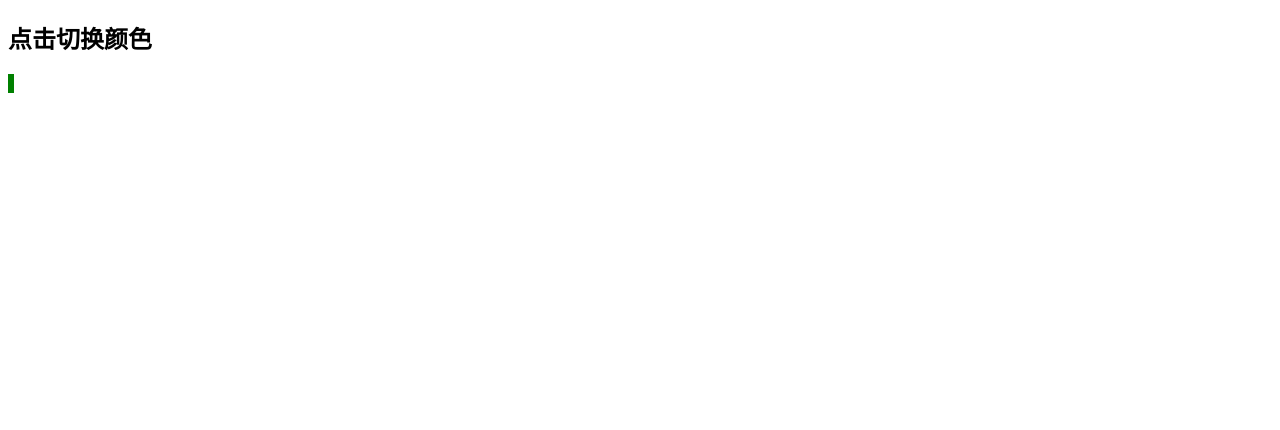
Repository: lucky-LoL735/jfsc
Page: ES6/let案例.html
An editor plug-in stored every save of this project. The page is shown before and after the next save, followed by the edit.
The browser window is 1280 px wide. The pictures show the whole page.

Above is the page before, as saved 2022-12-05 21:31:46.

### ES6/let案例.html
<!DOCTYPE html>
<html lang="en">
<head>
  <meta charset="UTF-8">
  <meta http-equiv="X-UA-Compatible" content="IE=edge">
  <meta name="viewport" content="width=device-width, initial-scale=1.0">
  <title>Document</title>
</head>

<body>
  <div class="container">
    <h2 class="page-header">点击切换颜色</h2>
    <div class="item"></div>
    <div class="item"></div>
    <div class="item"></div>
  </div>
</body>
<style>
  div .item {
    display: inline;
    border: 1px solid green;
  }
</style>
<script>
  //获取div元素对象
  let items = document.getElementsByClassName('item');

  //遍历并绑定事件
  for(var i=0;i<items.length;i++){
    items[i].onclick = function (){
      //修改当前元素背景颜色
      this.style.background = 'pink';
    }
  }
  {
    var i=0
  }
  {
    var i=1
  }
  {
    var i = 2
  }
  {
    var i = 3
  }
  console.log(i)
</script>
</html>

After the next save:
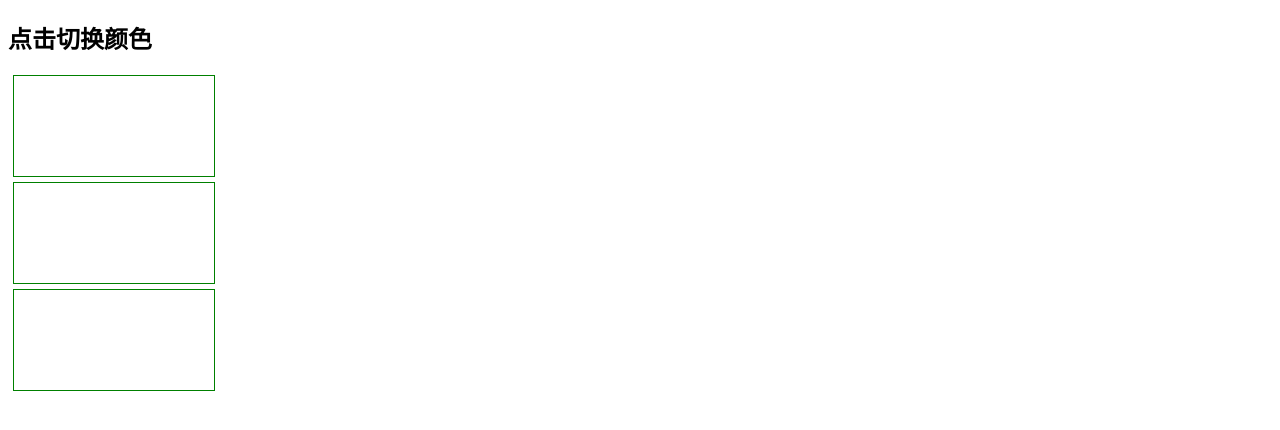
Saved 30 s later.
--- a/ES6/let案例.html
+++ b/ES6/let案例.html
@@ -17,7 +17,9 @@
 </body>
 <style>
   div .item {
-    display: inline;
+    width: 200px;
+    height: 100px;
+    margin: 5px;
     border: 1px solid green;
   }
 </style>
